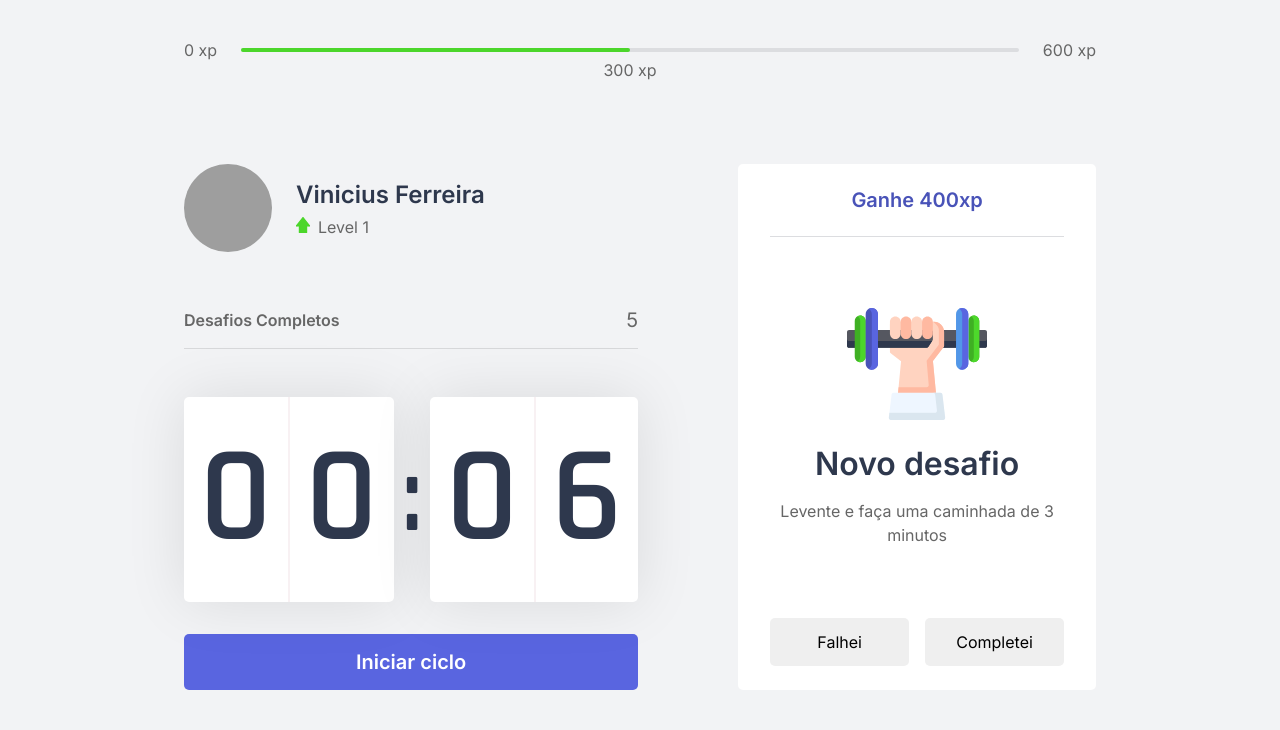
Repository: viniciusfg05/nlwFocus
Page: /
The author's editor kept a copy of each file at every save. The page is drawn from the files as they stood at one save, then again after the next save.
The browser window is 1280 px wide. The pictures show the whole page.
Pictures or frames that could not be fetched are drawn as grey boxes. The project was rebuilt for these pictures with package versions that can differ from the ones it lists, and the page was loaded fresh each time. The framework's server and built-in components were replaced by stand-ins that run in the browser.

Above is the page before, as saved 2022-02-28 14:05:15.

### src/pages/_app.tsx
import '../styles/global.css'

import { AppProps } from 'next/app'

function MyApp({ Component, pageProps }: AppProps) {
  return <Component {...pageProps} />
}

export default MyApp

### src/pages/_document.tsx
import Document, { Html, Head, Main, NextScript} from 'next/document'

export default class Mydocument extends Document {
    render() {
        return(
            <Html>
                <Head>
                    <link rel='shortcut icon' href='favicon.png' type='image/png' />

                    <link rel="preconnect" href="https://fonts.gstatic.com" />
                    <link href="https://fonts.googleapis.com/css2?family=Inter:wght@400;500;600&family=Rajdhani:wght@600&display=swap" rel="stylesheet" />
                </Head>
                <body>
                    <Main />
                    <NextScript />
                </body>
            </Html>
        )
    }
}

### src/pages/index.tsx
import { CompleteChallenges } from "../components/CompleteChallenges";
import { CountDown } from "../components/CountDown";
import { ExperienceBar } from "../components/ExperinceBar";
import { Profile } from "../components/Profile";
import { ChallegesBox } from "../components/ChallegesBox";

import styles from "../styles/pages/Home.module.css"

import Head from 'next/head'

export default function Home() {
  return (
    <div className={styles.container}>
      <Head>
        <title>Inicio | Focus</title>
      </Head>

      <ExperienceBar />

      <section>
        <div>
          <Profile />
          <CompleteChallenges />
          <CountDown />
        </div>
        <div>
          <ChallegesBox />
        </div>
      </section>

    </div>
  )
}

### src/styles/global.css
*{
    margin: 0;
    padding: 0;
    box-sizing: border-box;
}

:root{
    --white: #fff;
    --background: #f2f3f5;
    --gray-line: #DCDDE0;
    --text: #666666;
    --text-highligth: #B3B9FF;
    --title: #2E384D;
    --red: #E83F5B;
    --green: #4CD62B;
    --blue: #5965E0;
    --blue-dark: #4953B8;
    --blue-twitter: #2AA9E0;
}

@media(max-white: 1080px) {
    html{
        font-size: 93.75%;
    }
}

@media(max-white: 750px) {
    html{
        font-size: 87.5%;
    }
}

body{
    background-color: var(--background);
    color: var(--text);

}

body, input, textarea, button {
    font: 400 1rem 'inter', sans-serif;
}

button{
    cursor: pointer;
}

a{
    color: inherit; /* para erdar a color do container */
    text-decoration: none;
}

### src/components/CompleteChallenges.tsx
import styles from '../styles/components/CompleteChallenges.module.css'


export function CompleteChallenges() {
    return(
        <div className={styles.CompleteChallenges}>
            <strong>Desafios Completos</strong>
            <span>5</span>
        </div>
    )
}

### src/components/CountDown.tsx
import { useState, useEffect } from 'react'
import styles from '../styles/components/CountDown.module.css'

let countDownTimeOut: NodeJS.Timeout; //para cancelar o timeOut


export function CountDown() {
    const [ time, setTime ] = useState(0.1 * 60)
    const [ isActive, setIsActive ] = useState(false)// para iniciar com desabilitado o conometro
    const [ timeFineshed, setTimeFineshed] = useState(false)

    const minutos = Math.floor(time / 60);
    const segundos = (time % 60); // '%' resto da divisão

    const [minuteLefts, minuteRight] = String(minutos).padStart(2, '0').split('')
    const [ segundosLefts, segundosRights ] = String(segundos).padStart(2, '0').split('')

    // padStart(2 '0') = para os numero a baixo de 10 ele vai add um '0' no inicio, ex. '05'
    // split('') = ele vai pera a string por exemplo '25' e repartir em dois '2' e '5'. split devolve um array com primeiro e segundo caractere

    function startCoutDown() {
        setIsActive(true);
    }

    function CancelCoutDown() {
        clearTimeout(countDownTimeOut)
        setIsActive(false);
        setTime((0.1 * 60))
    }

    useEffect(() => {
        if (isActive && time > 0) {
            countDownTimeOut = setTimeout(() => {setTime(time - 1);}, 1000)
        } else if (isActive && time === 0) {
            setTimeFineshed(true)
            setIsActive(false);

        }
    }, [isActive, time]);

    // setTimeout(() => {setTime(time - 1);}, 1000) = setTimeout = depois de 1000ms execute uma função; setTime recebe o valor de time -1.ou seja ele mudar para -1 a cada 1s e se add o time no useEffect sempre que o time mudar ele tira mais 1 segundo
    return(
        <div>
            <div className={styles.CountDownContainer}>
            <div>
                <span>{minuteLefts}</span>
                <span>{minuteRight}</span>
            </div>
            <span>:</span>
            <div>
                <span>{segundosLefts}</span>
                <span>{segundosRights}</span>
            </div>
        </div>

        {timeFineshed ? (
            <button
            disabled
            className={`${styles.CountdownButton} ${styles.CountdownButtonFinished}`}
            >
                Cliclo encerrado
            </button>
        ) : (
            <>
                { isActive ? (
                    <button
                    type="button"
                    className={`${styles.CountdownButton} ${styles.CountdownButtonActive} `}
                    onClick={CancelCoutDown}
                    >
                        Abondonar ciclo
                    </button>
                ) : (
                    <button
                        type="button"
                        className={styles.CountdownButton}
                        onClick={startCoutDown}
                     >
                        Iniciar ciclo
                    </button>
                )}
            </>
        )}






        </div>
    )
}

### src/components/ExperinceBar.tsx
import styles from '../styles/components/ExperienceBar.module.css'

export function ExperienceBar() {
    return(
        <header className={styles.experienceBar}>
            <span>0 xp</span>
                <div>
                    <div style={{ width: '50%',}}/>

                    <span className={styles.currentExperience} style={{ left: '50%'}}>300 xp</span>
                </div>
            <span>600 xp</span>
        </header>
    )
}

### src/components/Profile.tsx
import styles from '../styles/components/Profile.module.css'


export function Profile() {
    return(
        <div className={styles.profileContainer} >
            <img src="https://avatars.githubusercontent.com/u/68232658?s=400&u=003f61fe1fe4474daf9c3f5226d596c5f99dd759&v=4" alt="Vinicius Ferreira" />
            <div>
                <strong>Vinicius Ferreira</strong>
                <p>
                    <img src="icons/level.svg" alt="Level" />
                    Level 1
                </p>
            </div>
        </div>
    )
}

### src/components/ChallegesBox.tsx
import styles from '../styles/components/ChallegesBox.module.css'

export function ChallegesBox() {
  const hasActiveChallengen = true

  return (
    <div className={styles.ChallegesBoxContainer}>
      {hasActiveChallengen ? (
        <div className={styles.ChallegesBoxActive}>
          <header>Ganhe 400xp</header>
          <main>
            <img src="icons/body.svg" alt="Ganhe 400xp" />
            <strong>Novo desafio</strong>
            <p>Levente e faça uma caminhada de 3 minutos</p>
          </main>

          <footer>
            <button
            type="button"
            className={styles.ChallegesFailedButton}
            >
              Falhei
            </button>

            <button
            type="button"
            className={styles.ChallegesCompleteButton}
            >
              Completei
            </button>
          </footer>
        </div>


      ) : (
        <div className={styles.ChallegesBoxNotActive}>
        <strong>Finalize um ciclo para receber um desafio</strong>
        <p>
          <img src="icons/level-up.svg" alt="Level up" />
          Avance de level completando os desafios
        </p>
      </div>
      )}
    </div>
  )
}

### src/styles/pages/Home.module.css
.container{
    height: 100;
    max-width: 992px;
    margin: 0 auto;
    padding: 2.5rem;

    display: flex;
    flex-direction: column;

    gap: 6.5rem;
}

.container section {
    flex: 1;

    display: grid;
    grid-template-columns: 1fr 1fr;
    gap: 6.25rem;
    align-content: center;
}

### src/styles/components/CompleteChallenges.module.css
.CompleteChallenges {
    display: flex;
    align-items: center;
    justify-content: space-between;

    margin: 3.5rem 0 0;
    padding-bottom: 1rem;
    border-bottom: 1px solid #d7d8da;
    font-weight: 400;
    /* font: "Inter", sans-serif; ; */
    margin-bottom: 3rem
}


.CompleteChallenges span:first-child{
    font-size: 1.25rem;
}


.CompleteChallenges span:last-child{
    font-size: 1.25rem;
}

### src/styles/components/CountDown.module.css
.CountDownContainer {
  display: flex;
  align-items: center;
  font-family: Rajdhani;
  font-weight: 600;
  color: var(--title);
}

.CountDownContainer > div {
  flex: 1;

  display: flex;
  align-items: center;
  justify-content: space-evenly;

  background-color: var(--white);
  box-shadow: 0 0 60px rgba(0, 0, 0, 0.1);
  border-radius: 5px;
  font-size: 8.5rem;
  text-align: center;
}

.CountDownContainer > div span {
  flex: 1;
}

.CountDownContainer > div span:first-child {
  border-right: 1px solid #f8f1f3;
  padding: 1rem;
}

.CountDownContainer > div span:last-child {
  border-left: 1px solid #f8f1f3;
  padding: 1rem;
}

.CountDownContainer > span {
  font-size: 6.5rem;
  margin: 0 0.5rem;
}

.CountdownButton {
  width: 100%;
  height: 3.5rem;

  margin-top: 2rem;

  display: flex;
  align-items: center;
  justify-content: center;

  border: 0;
  border-radius: 5px;
  background-color: var(--blue);
  color: var(--white);

  font-size: 1.25rem;
  font-weight: 600;
  transition: background-color 0.3s;
}

.CountdownButton:not(:disabled):hover {
  background-color: var(--blue-dark);
}

.CountdownButtonActive {
  background-color: var(--red);
  color: var(--gray-line);

  transition: 0.3s;
}

.CountdownButtonActive:hover {
  background-color: #b83349;
  color: var(--gray-line);
}

.CountdownButtonFinished {
  background-color: var(--green);
  color: var(--title);
  cursor: not-allowed;
}

### src/styles/components/ExperienceBar.module.css
.experienceBar {
    display: flex;
    align-items: center;
}

.experienceBar spam {
    font-size: 1 rem;
}

.experienceBar > div {
    flex: 1;
    height: 4px;
    border-radius: 4px;
    background-color: var(--gray-line);
    margin: 0 1.5rem;
    position: relative;
}

.experienceBar > div > div{
    height: 4px;
    border-radius: 4px;
    background-color: var(--green)
}

span.currentExperience{
    position: absolute;
    top: 12px;
    transform: translateX(-50%)
}

### src/styles/components/Profile.module.css
.profileContainer {
    display: flex;
    align-items: center;
}

.profileContainer > img{
    width: 5.5rem;
    height: 5.5rem;
    border-radius: 50%;
}

.profileContainer div{
    margin-left: 1.5rem;
}

.profileContainer div strong {
    font-size: 1.5rem;
    font-weight: 600;
    color: var(--title);
}

.profileContainer div p {
    font-size: 1rem;
    margin-top: 0.5rem;
}

.profileContainer div p img {
    margin-right: 0.5rem;
}

### src/styles/components/ChallegesBox.module.css
.ChallegesBoxContainer {
  height: 100%;
  background: var(--white);
  border-radius: 5px;
  padding: 1.5rem 2rem;
  display: flex;
  flex-direction: column;
  align-items: center;
  justify-content: center;

  text-align: center;
}

.ChallegesBoxNotActive {
  display: flex;
  flex-direction: column;
  align-items: center;
}

.ChallegesBoxNotActive strong {
  font-size: 1.5rem;
  font-weight: 500;
  line-height: 1.4rem;
}

.ChallegesBoxNotActive p {
  display: flex;
  flex-direction: column;
  align-items: center;
  line-height: 1.4rem;
  max-width: 70%;
  margin-top: 3rem;
}

.ChallegesBoxNotActive p img {
  margin-bottom: 1rem;
}

.ChallegesBoxActive {
  height: 100%;
  display: flex;
  flex-direction: column;
}

.ChallegesBoxActive header {
  color: var(--blue-dark);
  font-weight: 600;
  font-size: 1.25rem;
  padding: 0 2rem 1.5rem;
  border-bottom: 1px solid var(--gray-line);
}

.ChallegesBoxActive main {
  flex: 1;
  display: flex;
  flex-direction: column;
  align-items: center;
  justify-content: center;
}

.ChallegesBoxActive main strong {
  font-size: 2rem;
  font-weight: 600;
  color: var(--title);
  margin: 1.5rem 0 1rem;
}

.ChallegesBoxActive main p {
  line-height: 1.5rem;
}

.ChallegesBoxActive footer {
  display: grid;
  grid-template-columns: 1fr 1fr;
  gap: 1rem;
}

.ChallegesBoxActive footer button {
  height: 3rem;
  align-items: center;
  justify-content: center;

  border: 0;
  border-radius: 5px;
}

After the next save:
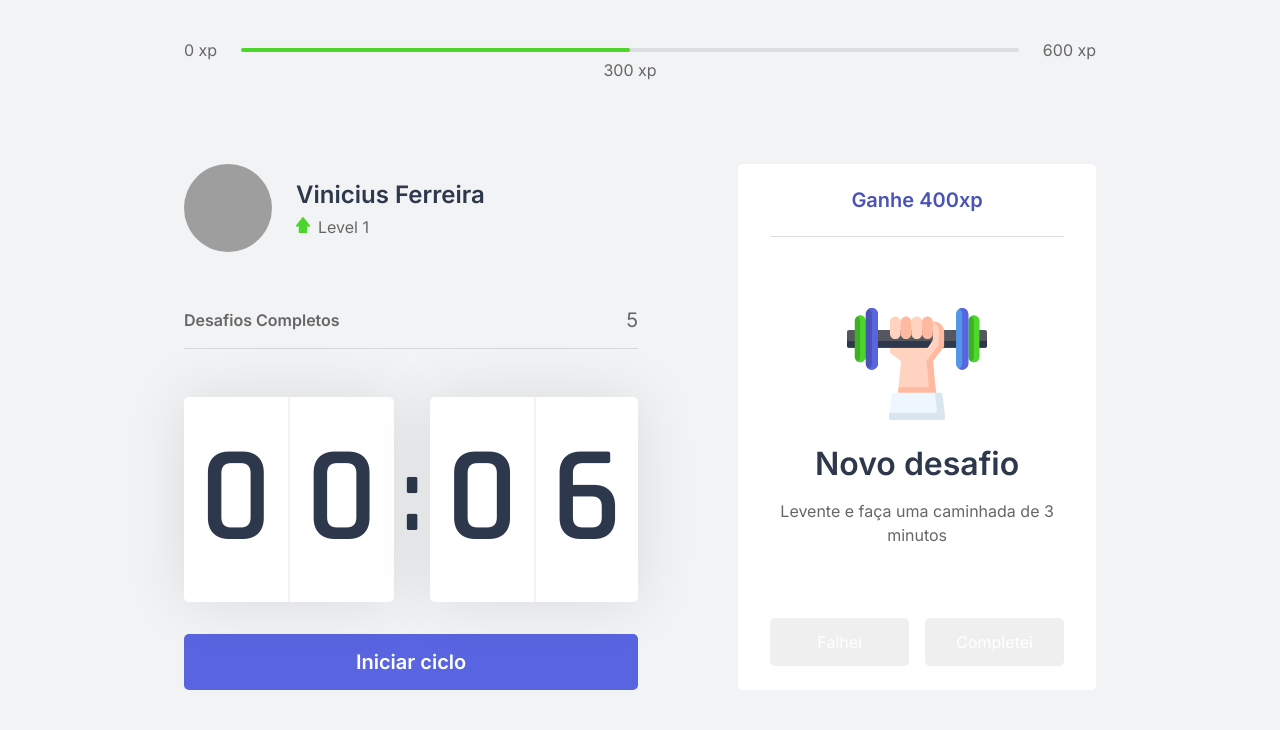
Saved 9 s later.
--- a/src/styles/components/ChallegesBox.module.css
+++ b/src/styles/components/ChallegesBox.module.css
@@ -82,4 +82,6 @@
 
   border: 0;
   border-radius: 5px;
+
+  color: var(--white);
 }
